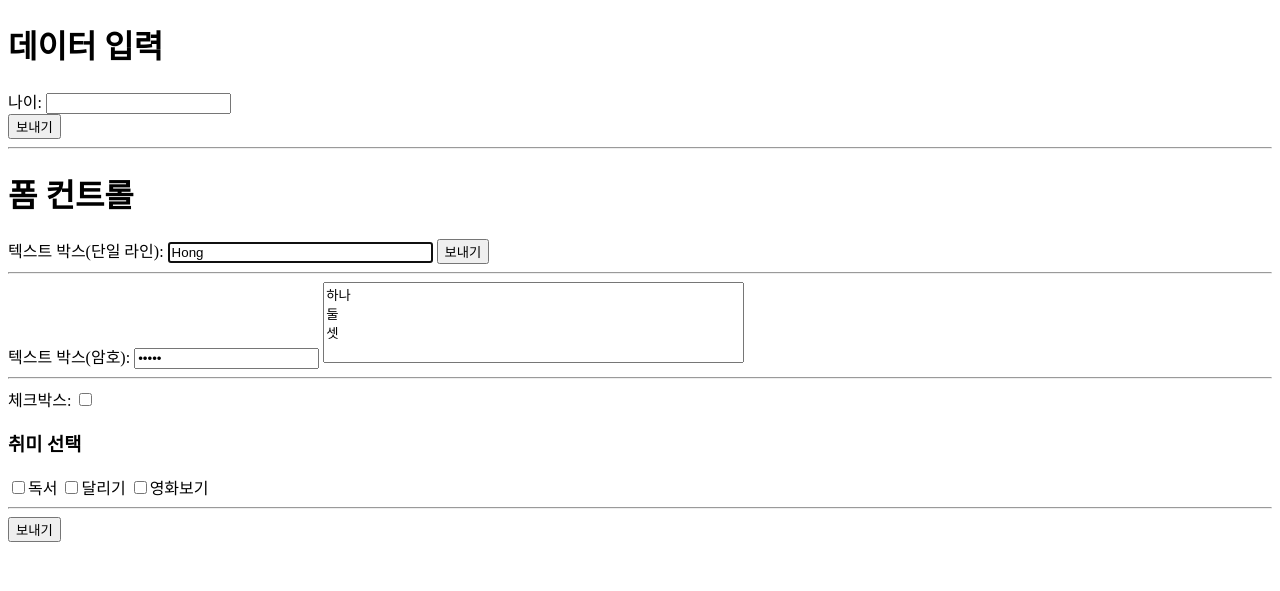
Repository: sinsujung/client
Page: ClientTest/src/main/webapp/html/ex18_form.html
An editor plug-in stored every save of this project. The page is shown before and after the next save, followed by the edit.
The browser window is 1280 px wide. The pictures show the whole page.

Above is the page before, as saved 2023-09-21 06:49:54.

After the next save:
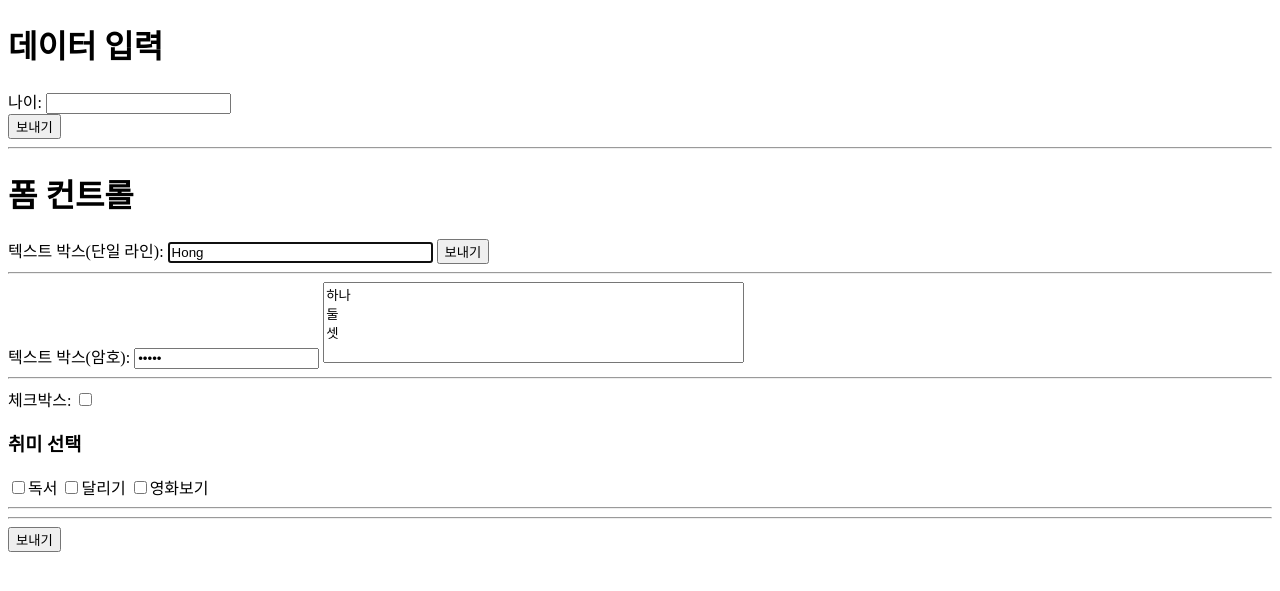
Saved 15 min 53 s later.
--- a/ClientTest/src/main/webapp/html/ex18_form.html
+++ b/ClientTest/src/main/webapp/html/ex18_form.html
@@ -123,7 +123,11 @@
 			<input type="checkbox" id="cb1"><label for="cb1">독서</label>
 			<input type="checkbox" id="cb2"><label for="cb2">달리기</label>
 			<label><input type="checkbox" id="cb3">영화보기</label>
-
+			<hr>
+			<!--
+				라디오 버튼
+				- 체크 박스와 유사
+			 -->
 
 			<hr>
 			<input type="submit" value="보내기">
